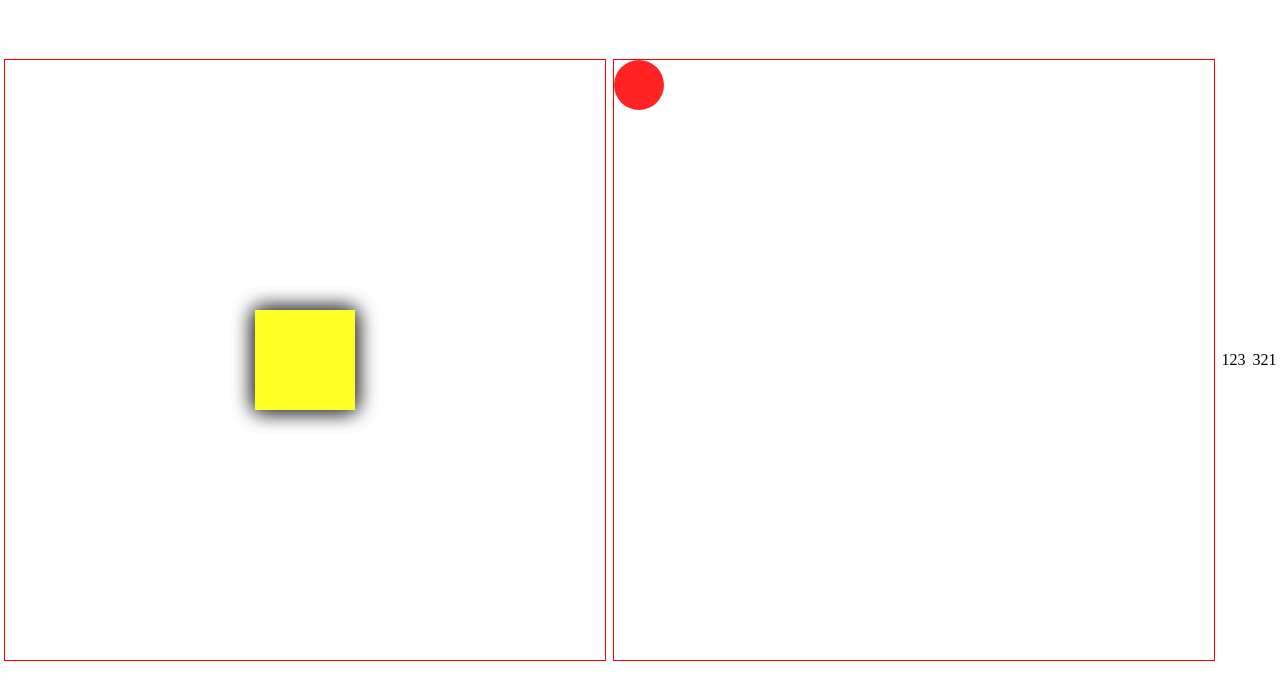
Repository: randgars/game
Page: index.html
The author's editor kept a copy of each file at every save. The page is drawn from the files as they stood at one save, then again after the next save.
The browser window is 1280 px wide. The pictures show the whole page.

Above is the page before, as saved 2017-09-29 11:20:49.

### index.html
<!DOCTYPE html>
<html lang="en">
<head>
    <meta charset="UTF-8">
    <meta name="viewport" content="width=device-width, initial-scale=1.0">
    <meta http-equiv="X-UA-Compatible" content="ie=edge">
    <title>Document</title>
    <link rel="stylesheet" href="./style.css">
    <script type="text/javascript" src="./index.js"></script>
</head>
<body>
    <div class="wrapper">
        <div class="square first"></div>
        <div class="square second"></div>
        <div class="square third"></div>
        <div class="square fourth"></div>
    </div>
    <div id="wrapper" onmousemove="mouseMove(event)" class="wrapper">
        <div class="circle"></div>

    </div>
    <span id="x">123</span>
    <span id="y">321</span>
</body>
</html>

### style.css
body {
    padding: 0;
    margin: 0;
    display: flex;
    justify-content: space-around;
    align-items: center;
    height: 100vh;
}
.wrapper {
    position: relative;
    width: 600px;
    height: 600px;
    border: solid 1px red;
}
.square {
    height: 100px;
    width: 100px;
    box-shadow: 0 0 20px rgba(0, 0, 0, .4);
    position: absolute;
    top: calc(50% - 50px);
    left: calc(50% - 50px);
}
.first {
    animation-name: first;
    animation-duration: 5s;
    animation-iteration-count: infinite;
    animation-timing-function: linear;
    background-color: rgba(35, 255, 35, 1);
}
.second {
    animation-name: second;
    animation-duration: 5s;
    animation-iteration-count: infinite;
    animation-timing-function: linear;
    background-color: rgba(35, 35, 255, 1);
}
.third {
    animation-name: third;
    animation-duration: 5s;
    animation-iteration-count: infinite;
    animation-timing-function: linear;
    background-color: rgb(255, 35, 35);
}
.fourth {
    animation-name: fourth;
    animation-duration: 5s;
    animation-iteration-count: infinite;
    animation-timing-function: linear;
    background-color: rgba(255, 255, 35, 1);
}

.first:hover, .second:hover, .third:hover, .fourth:hoer {
    animation-play-state: paused;
}

@keyframes first {
    from {
        transform: rotate(360deg);
    }
    25% {
        background-color: rgba(35, 35, 255, 1);
    }
    50% {
        top: calc(0% - 50px);
        left: calc(0% - 50px);
        background-color: rgb(255, 35, 35);
    }
    75% {
        background-color: rgba(255, 255, 35, 1);
    }
    to {
        transform: rotate(0deg);
    }
}
@keyframes second {
    from {
        transform: rotate(0deg);
    }
    25% {
        background-color: rgb(255, 35, 35);
    }
    50% {
        top: calc(0% - 50px);
        left: calc(100% - 50px);
        background-color: rgba(255, 255, 35, 1);
    }
    75% {
        background-color: rgba(35, 255, 35, 1);
    }
    to {
        transform: rotate(360deg);
    }
}
@keyframes third {
    from {
        transform: rotate(360deg);
    }
    25% {
        background-color: rgba(255, 255, 35, 1);
    }
    50% {
        top: calc(100% - 50px);
        left: calc(100% - 50px);
        background-color: rgba(35, 255, 35, 1);
    }
    75% {
        background-color: rgba(35, 35, 255, 1);
    }
    to {
        transform: rotate(0deg);
    }
}
@keyframes fourth {
    from {
        transform: rotate(0deg);
    }
    25% {
        background-color: rgba(35, 255, 35, 1);
    }
    50% {
        top: calc(100% - 50px);
        left: calc(0% - 50px);
        background-color: rgba(35, 35, 255, 1);
    }
    75% {
        background-color: rgb(255, 35, 35);
    }
    to {
        transform: rotate(360deg);
    }
}

.circle {
    border-radius: 100%;
    background-color: rgb(255, 35, 35);
    width: 50px;
    height: 50px;
}

### index.js
function mouseMove(event) {
    // debugger
    document.getElementById('x').innerHTML=event.layerX
    document.getElementById('y').innerHTML=event.layerY

}

After the next save:
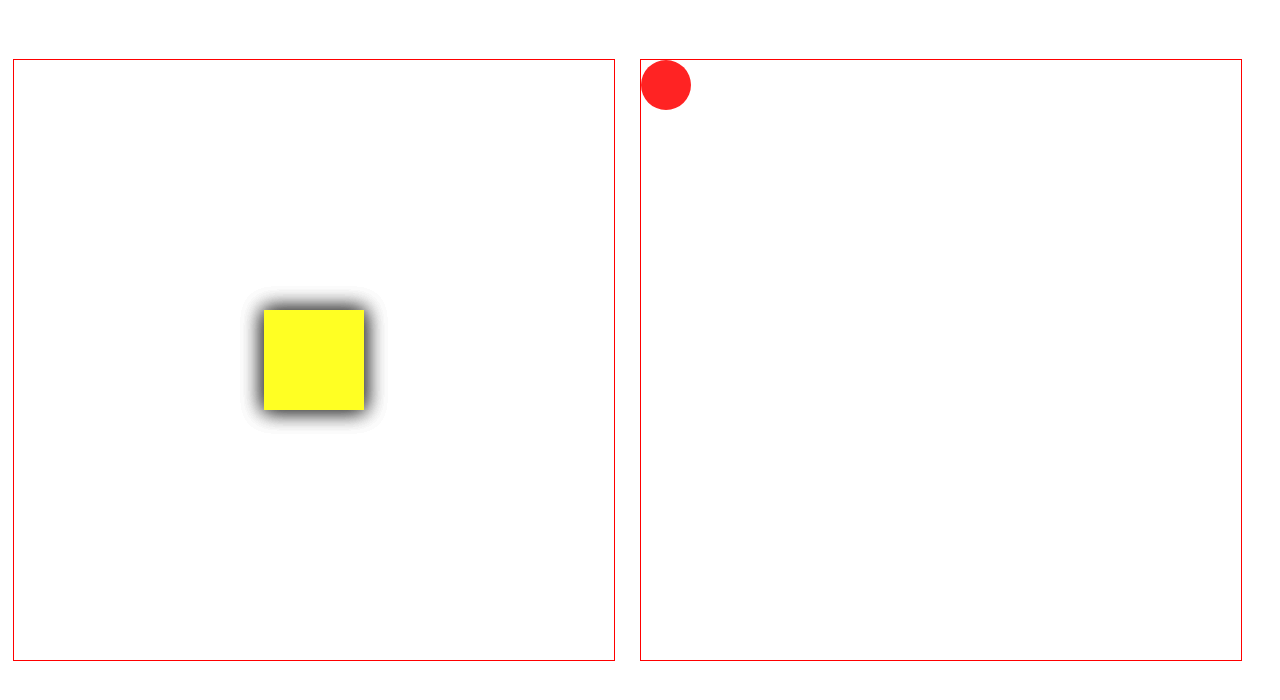
Saved 44 s later.
--- a/index.html
+++ b/index.html
@@ -19,7 +19,9 @@
         <div class="circle"></div>
 
     </div>
-    <span id="x">123</span>
-    <span id="y">321</span>
+    <div class="coordinates">
+        <span id="x"></span>
+        <span id="y"></span>
+    </div>
 </body>
 </html>
